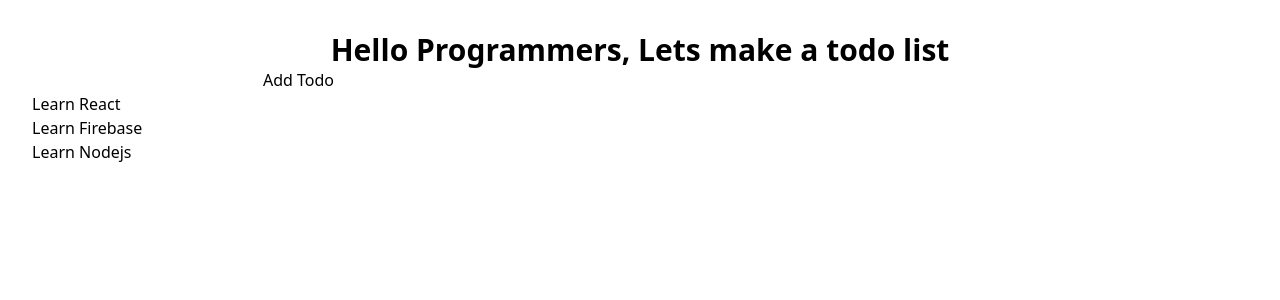
Repository: Shamraiz761/todo_list
Page: /
An editor plug-in stored every save of this project. The page is shown before and after a run of saves, followed by the edit.
The browser window is 1280 px wide. The pictures show the whole page.
The project was rebuilt for these pictures with package versions that can differ from the ones it lists, and the page was loaded fresh each time. Also part of the build but not shown: vite.config.js.

Above is the page before, as saved 2024-01-11 22:33:08.

### src/App.jsx
import { useState } from "react";


function App() {
  const [todo, setTodo] = useState([
    "Learn React",
    "Learn Firebase",
    "Learn Nodejs",
  ]);
  const [input, setInput] = useState("");
  const addTodo = (e) => {
    e.preventDefault();
    setTodo([...todo, input]);
    setInput("");
  };

  return (
    <div className="m-5 p-3 ">
      <h1 className="text-3xl font-bold  text-center">Hello Programmers, Lets make a todo list</h1>
      <form>
        <input
          type="text"
          value={input}
          onChange={(e) => {
            setInput(e.target.value);
          }}
        />
        <button onClick={addTodo}>Add Todo</button>
      </form>
      <ul>
        {todo.map((item , index) => {
          return <li key={index}>{item}</li>;
        })}
      </ul>
    </div>
  );
}

export default App;

Loaded but not shown: index.html (common file); src/main.jsx (common file); src/index.css (common file); tailwind.config.js (common file)

After the next 6 saves:
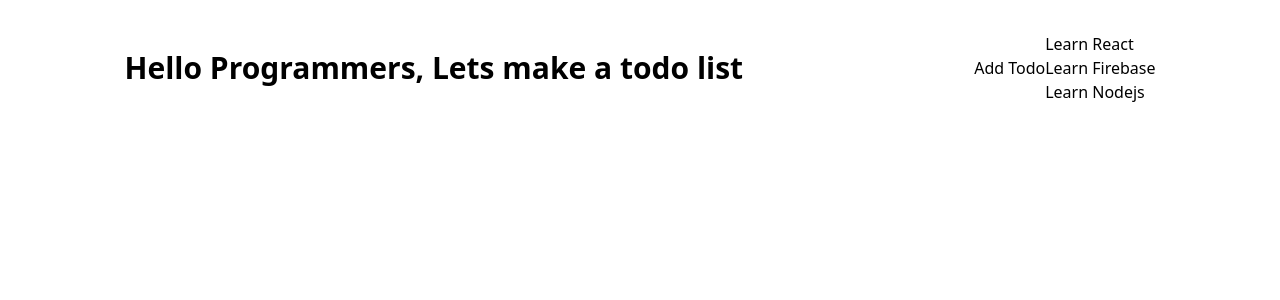
The 6 saves are shown as one change because they came seconds apart.
The last was saved 21 s later.
--- a/src/App.jsx
+++ b/src/App.jsx
@@ -15,7 +15,7 @@ function App() {
   };
 
   return (
-    <div className="m-5 p-3 ">
+    <div className="m-5 p-3 flex justify-center items-center">
       <h1 className="text-3xl font-bold  text-center">Hello Programmers, Lets make a todo list</h1>
       <form>
         <input
